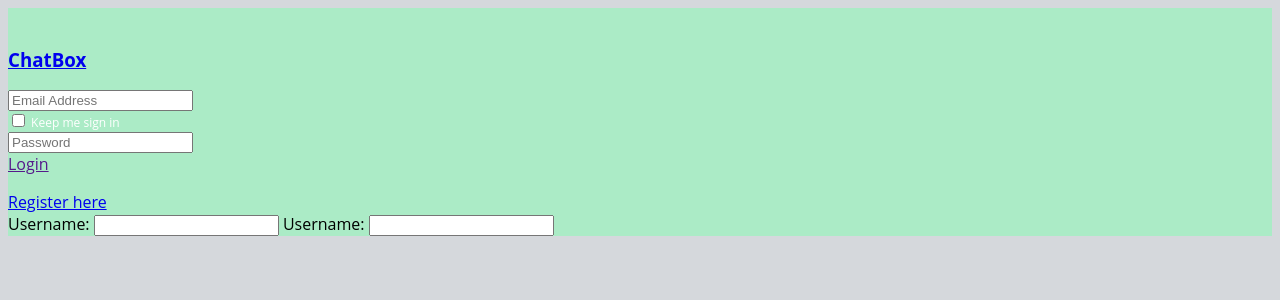
Repository: KoustabhBiswas/BlogBackend
Page: Collaboration/CollaborationFrontEnd/WebContent/User/Login.html
These files come from the project's save history. The page is drawn as it stood at one moment and after the next save; the edit follows.
The browser window is 1280 px wide. The pictures show the whole page.

Above is the page before, as saved 2017-12-18 19:25:22.

After the next save:
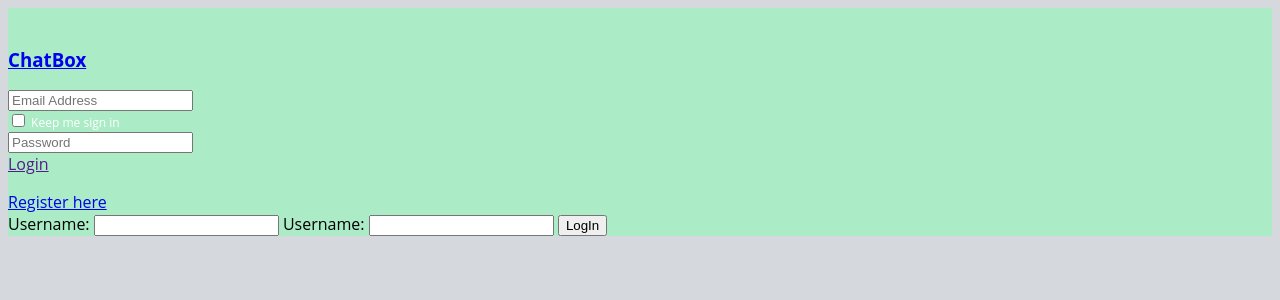
Saved 56 s later.
--- a/Collaboration/CollaborationFrontEnd/WebContent/User/Login.html
+++ b/Collaboration/CollaborationFrontEnd/WebContent/User/Login.html
@@ -104,6 +104,7 @@ header .btn-header-login {
 				<input type="text" ng-model="ctrl.admin.emailId">
 				<label>Username:</label>
 				<input type="text" ng-model="ctrl.admin.password">
+				<input type="submit" value="LogIn">
 			</form>
 
 
